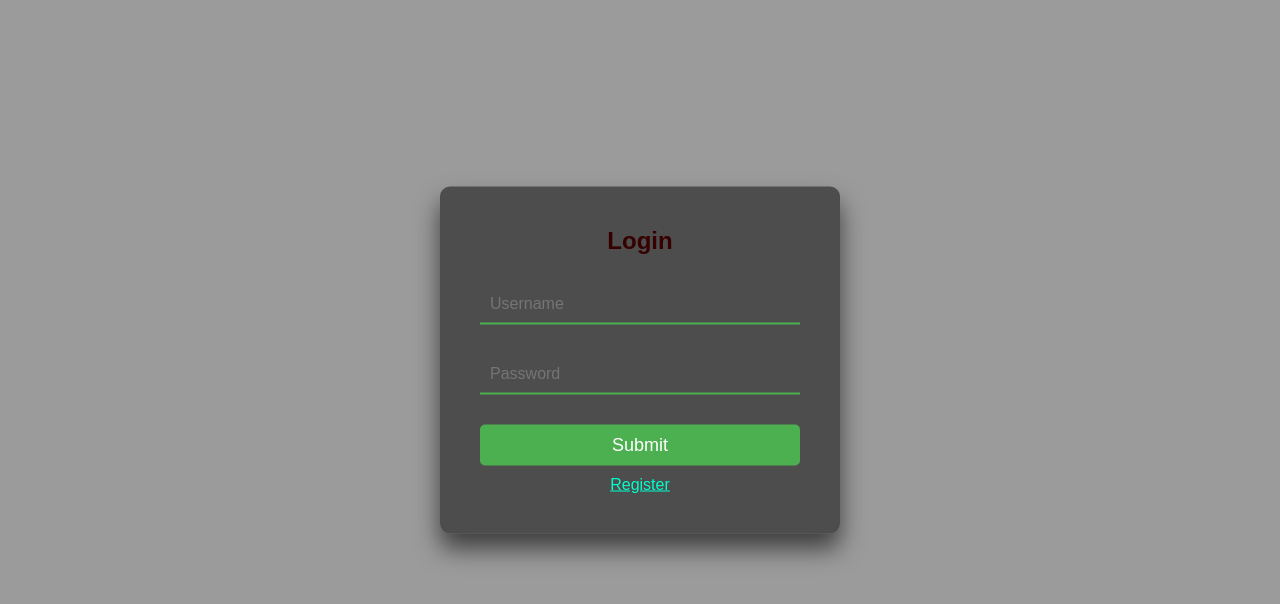
Repository: SRBshakib/Safe-Food---DBMS-project
Page: Organaization/login.html
An editor plug-in stored every save of this project. The page is shown before and after the next save, followed by the edit.
The browser window is 1280 px wide. The pictures show the whole page.

Above is the page before, as saved 2024-11-10 21:47:34.

### Organaization/login.html
<!DOCTYPE html>
<html lang="en">
<head>
    <meta charset="UTF-8">
    <meta name="viewport" content="width=device-width, initial-scale=1.0">
    <title>Welcome to our organization</title>
    <link rel="stylesheet" href="style_login.css"> <!-- Link to the CSS file -->
</head>
<body>
    <div class="login-box">
        <h2>Login</h2>
        <form>
            <div class="textbox">
                <input type="text" placeholder="Username" required>
            </div>
            <div class="textbox">
                <input type="password" placeholder="Password" required>
            </div>
            <button type="submit" class="btn">Submit</button>
            <p class="register">Register</p>
        </form>
    </div>
</body>
</html>

### Organaization/style_login.css

*{

    margin: 0;
    padding: 0;
    box-sizing: border-box;
    font-family: Arial, sans-serif;
}

body {
    display: flex;
    justify-content: center;
    align-items: center;
    height: 100vh;
    background-color: #9b9b9b;
    color: rgb(54, 0, 0);
}

.login-box {
    position: absolute;
    top: 50%;
    left: 50%;
    width: 400px;
    padding: 40px;
    transform: translate(-50%, -50%);
    background: rgba(0, 0, 0, 0.5);
    box-shadow: 0 15px 25px rgba(0, 0, 0, 0.6);
    border-radius: 10px;
    text-align: center;
}

.login-box h2 {
    margin-bottom: 30px;
}

.textbox {
    position: relative;
    margin-bottom: 30px;
    border-bottom: 2px solid #4caf50;
}

.textbox input {
    width: 100%;
    padding: 10px;
    font-size: 16px;
    background: none;
    border: none;
    outline: none;
    color: #fff;
}

.btn {
    display: inline-block;
    width: 100%;
    padding: 10px;
    background: #4caf50;
    border: none;
    outline: none;
    color: #fff;
    font-size: 18px;
    cursor: pointer;
    border-radius: 5px;
    transition: background 0.3s, box-shadow 0.3s;
}

.btn:hover {
    background: #00ffcc;
    box-shadow: 0 0 10px #00ffcc, 0 0 40px #00ffcc, 0 0 80px #00ffcc;
}

.register {
    color: #00ffcc;
    cursor: pointer;
    margin-top: 10px;
    text-decoration: underline;
}

After the next save:
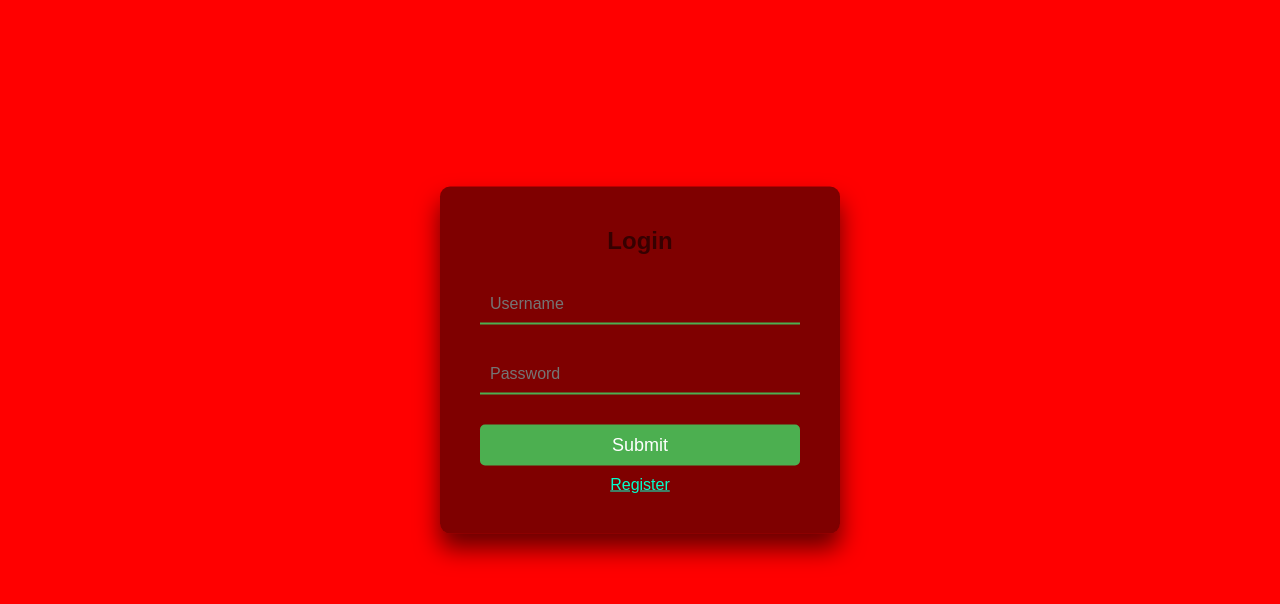
Saved 13 s later.
--- a/Organaization/style_login.css
+++ b/Organaization/style_login.css
@@ -12,7 +12,7 @@ body {
     justify-content: center;
     align-items: center;
     height: 100vh;
-    background-color: #9b9b9b;
+    background-color: #ff0000;
     color: rgb(54, 0, 0);
 }
 
